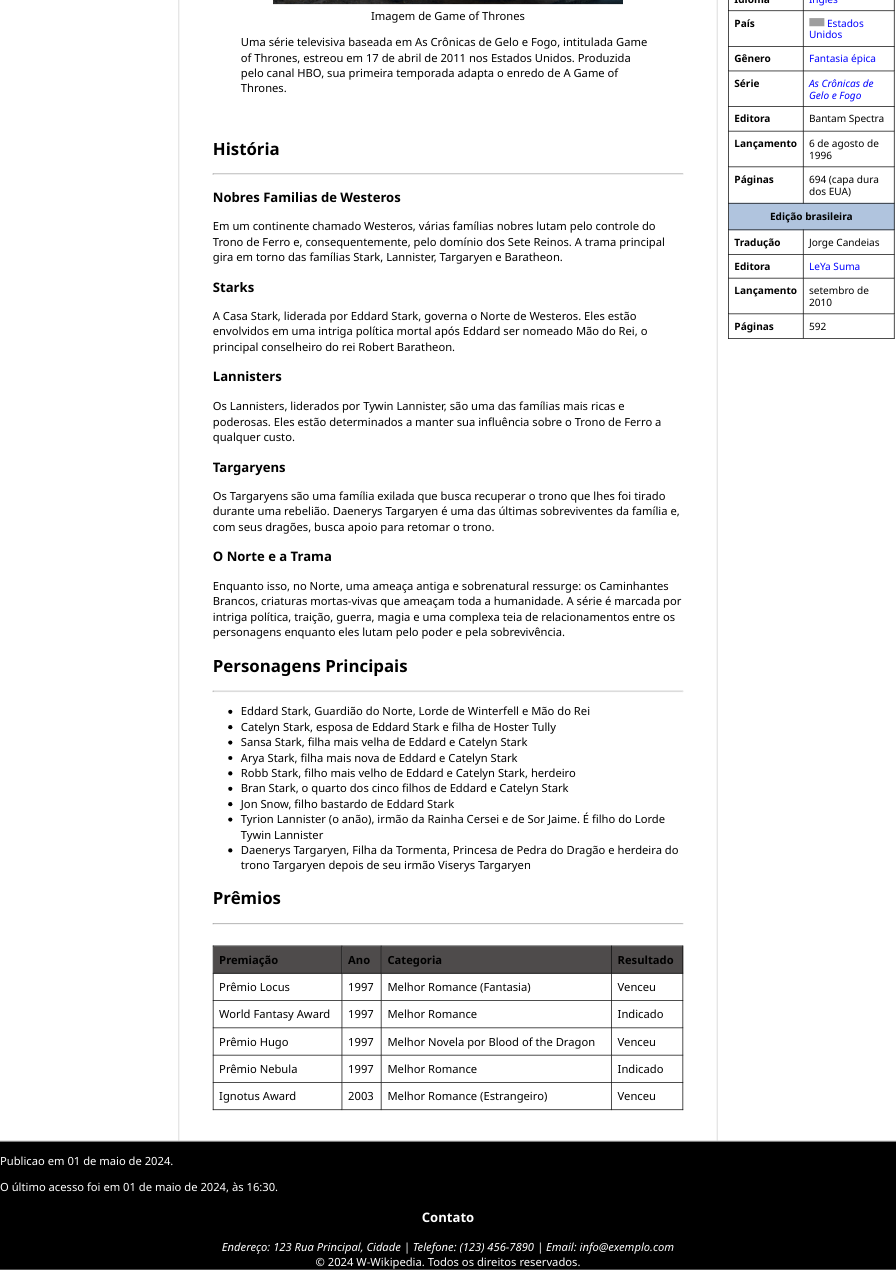
Repository: gustavotwist/projeto-w-wikipedia
Page: index.html
The author's editor kept a copy of each file at every save. The page is drawn from the files as they stood at one save, then again after a run of saves.
The browser window is 1280 px wide. The pictures show the part of the page from y = 747 to 2667 px (the page is 2561 px tall before and 2667 px after), at 70% of full size.
Pictures or frames that could not be fetched are drawn as grey boxes.

Above is the page before, as saved 2024-05-01 16:52:41.

After the next 4 saves:
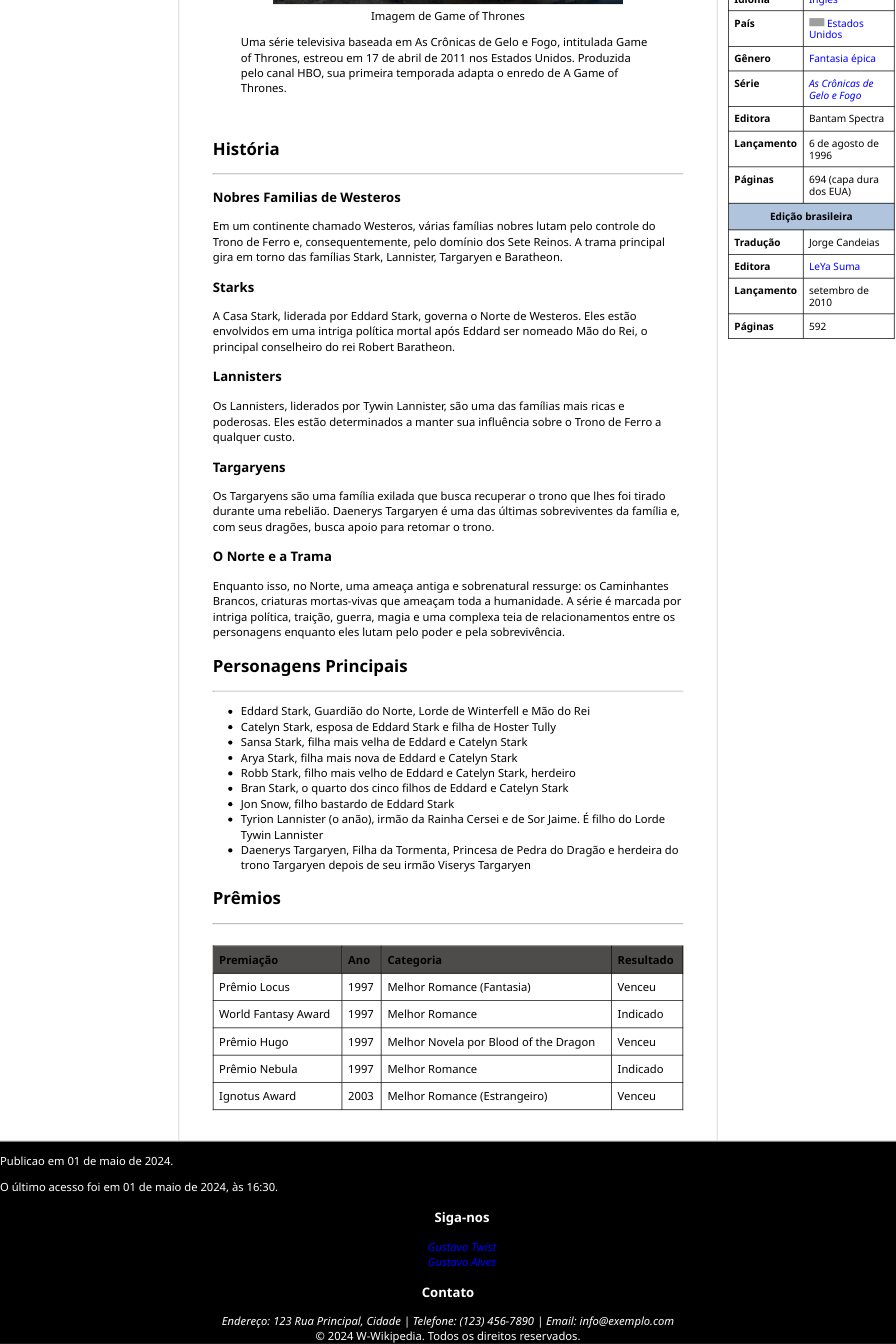
The 4 saves are shown as one change because they came seconds apart.
The last was saved 10 s later.
--- a/index.html
+++ b/index.html
@@ -261,6 +261,11 @@
     <footer class="footer">
         <p>Publicao em <time pubdate>01 de maio de 2024</time>.</p>
         <p>O último acesso foi em <time datetime="2024-05-01T16:30:00">01 de maio de 2024, às 16:30</time>.</p>
+        <ul>
+            <h3>Siga-nos</h3>
+            <li><a href="https://github.com/gustavotwist" target="_blank" title="Visitar o perfil de Gustavo Twist no GitHub"><i>Gustavo Twist</i></a></li>
+            <li><a href="https://linkedin.com/in/gustavoalves7" target="_blank" title="Visitar o perfil de Gustavo Alves no Linkedin"><i>Gustavo Alves</i></a></li>
+        </ul>
         <h3>Contato</h3>
             <address>Endereço: 123 Rua Principal, Cidade | Telefone: (123) 456-7890 | Email: info@exemplo.com</address>
         <span>&copy; 2024 W-Wikipedia. Todos os direitos reservados.</span>
